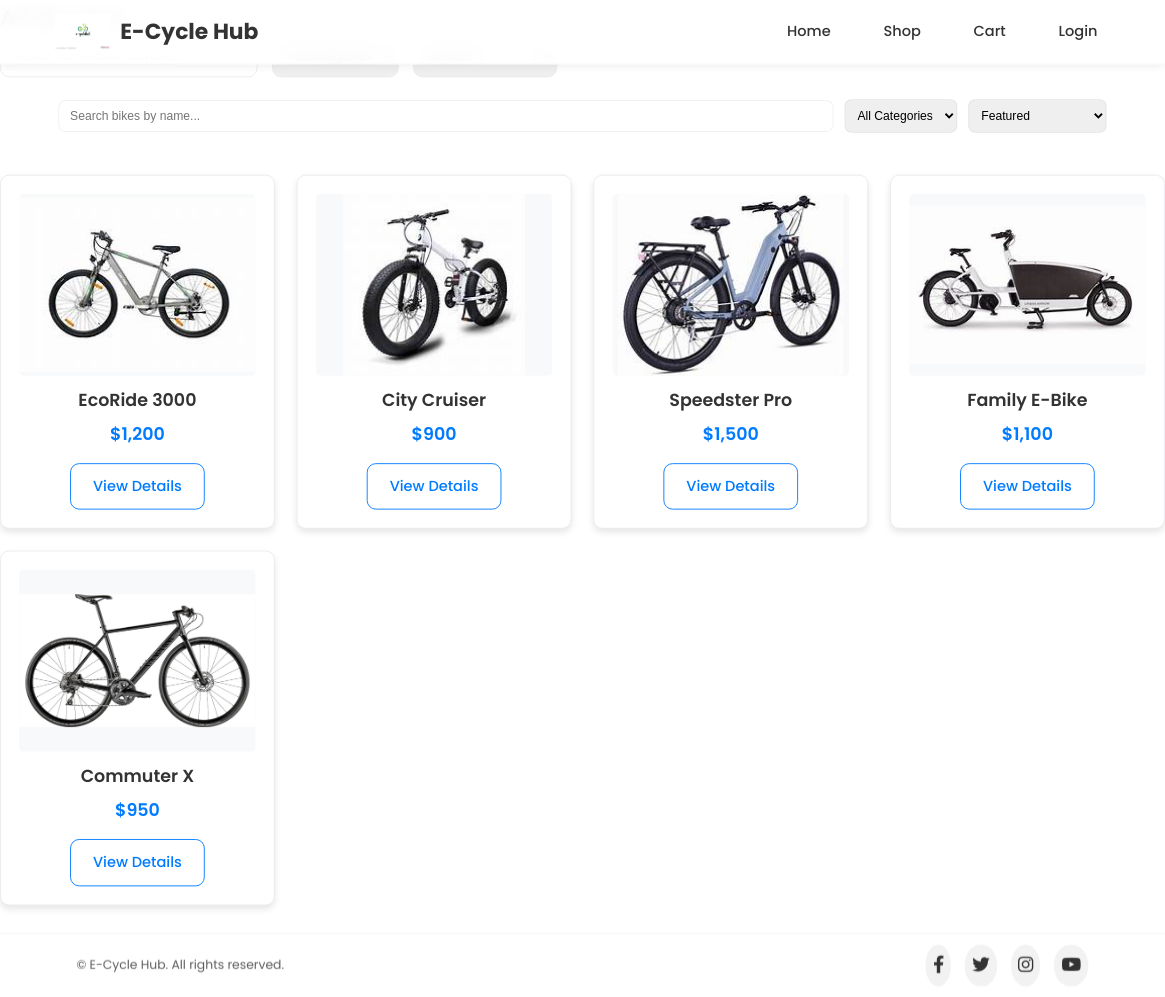
Repository: Rutuja-g/E-Cycle-Hub
Page: public/products.html
The author's editor kept a copy of each file at every save. The page is drawn from the files as they stood at one save, then again after the next save.
The browser window is 1280 px wide. The pictures show the whole page, at 91% of full size.

Above is the page before, as saved 2025-10-24 16:20:59.
Console error: SyntaxError: Unexpected token 'export'

### public/products.html
<!DOCTYPE html>
<html lang="en">
  <head>
    <meta charset="UTF-8" />
    <meta name="viewport" content="width=device-width, initial-scale=1.0" />
    <title>Products - E-Cycle Hub</title>
    <link rel="preconnect" href="https://fonts.googleapis.com" />
    <link rel="preconnect" href="https://fonts.gstatic.com" crossorigin />
    <link
      href="https://fonts.googleapis.com/css2?family=Poppins:wght@300;400;500;600;700&display=swap"
      rel="stylesheet"
    />
    <link rel="icon" href="favicon.ico" type="image/x-icon" />
    <link rel="stylesheet" href="css/reset.css" />
    <link rel="stylesheet" href="css/variables.css" />
    <link rel="stylesheet" href="css/main.css" />
    <link
      rel="stylesheet"
      href="https://cdnjs.cloudflare.com/ajax/libs/font-awesome/6.0.0/css/all.min.css"
    />
  </head>
  <body>
    <header>
      <div id="header"></div>
    </header>

    <main>
      <section class="shop-products">
        <h2>All Bicycles</h2>
        <div class="product-search">
          <input
            type="text"
            id="searchInput"
            placeholder="Search for electric bicycles..."
          />
          <select id="categorySelect">
            <option value="all">All Categories</option>
          </select>
          <select id="sortSelect">
            <option value="">Default</option>
            <option value="price-asc">Price Low to High</option>
            <option value="price-desc">Price High to Low</option>
            <option value="popularity">Popularity</option>
          </select>
        </div>
        <div class="product-list" id="product-list">
          <!-- Product cards will be dynamically inserted here -->
        </div>
      </section>
    </main>

    <footer>
      <div id="footer"></div>
    </footer>

    <script src="js/components.js"></script>
    <script src="js/main.js"></script>
    <script src="js/api.js"></script>
    <script src="js/store.js"></script>
    <script src="js/cart.js"></script>
  </body>
</html>

### public/css/reset.css
html
/* CSS Reset */
* {
    margin: 0;
    padding: 0;
    box-sizing: border-box;
}

html, body {
    height: 100%;
    font-family: Arial, sans-serif;
}

img {
    max-width: 100%;
    height: auto;
}

a {
    text-decoration: none;
    color: inherit;
}

ul {
    list-style: none;
}

button {
    cursor: pointer;
}

### public/css/variables.css
:root {
  --primary-color: #007bff; /* Electric Blue */
  --secondary-color: #0056b3; /* Darker Blue for hover */
  --background-color: #ffffff; /* White */
  --text-color: #333333; /* Dark Gray */
  --muted: #6c757d; /* Muted text */
  --font-family: "Poppins", sans-serif; /* Modern Font */
  --font-size-base: 16px; /* Base Font Size */
  --font-size-large: 1.25rem; /* Large Font Size */
  --font-size-small: 0.875rem; /* Small Font Size */
  --border-radius: 10px; /* Rounded Corners */
  --box-shadow: 0 4px 8px rgba(0, 0, 0, 0.1); /* Subtle Box Shadow */
  --box-shadow-hover: 0 6px 12px rgba(0, 0, 0, 0.15); /* Hover Shadow */
  --transition: all 0.3s ease; /* Smooth Transitions */
}

### public/css/main.css
/* Main styles for E-Cycle Hub */

/* Reset some default styles */
body {
  margin: 0;
  font-family: var(--font-family);
  line-height: 1.6;
  color: var(--text-color);
  background-color: var(--background-color);
}

h1,
h2,
h3,
h4,
h5,
h6 {
  margin: 0;
  color: var(--text-color);
  font-weight: 600;
}

a {
  text-decoration: none;
  color: var(--primary-color);
  transition: var(--transition);
}

a:hover {
  color: var(--secondary-color);
}

/* Layout styles */
.container {
  width: 90%;
  max-width: 1200px;
  margin: auto;
}

/* Navbar styles */
.navbar {
  background: rgba(255, 255, 255, 0.95);
  backdrop-filter: blur(10px);
  border-bottom: 1px solid rgba(0, 0, 0, 0.05);
  box-shadow: 0 2px 10px rgba(0, 0, 0, 0.08);
  position: fixed;
  top: 0;
  left: 0;
  right: 0;
  z-index: 1000;
}

.nav-container {
  max-width: 1200px;
  margin: 0 auto;
  padding: 0 20px;
  display: flex;
  justify-content: space-between;
  align-items: center;
  height: 70px;
}

.logo a {
  font-size: 1.5em;
  font-weight: bold;
  display: flex;
  align-items: center;
  gap: 10px;
  color: var(--text-color);
  text-decoration: none;
}

.logo img {
  height: 40px;
  width: auto;
}

.nav-links {
  list-style: none;
  display: flex;
  gap: 30px;
  margin: 0;
  padding: 0;
}

.nav-links li {
  position: relative;
}

.nav-link {
  color: var(--text-color);
  text-decoration: none;
  padding: 10px 14px;
  border-radius: 20px;
  transition: all 0.3s ease;
  font-weight: 500;
  position: relative;
}

.nav-link:hover,
.nav-link.active {
  background: rgba(0, 123, 255, 0.1);
  color: var(--primary-color);
  transform: translateY(-1px);
  box-shadow: 0 4px 12px rgba(0, 123, 255, 0.15);
}

.nav-toggle {
  display: none;
  flex-direction: column;
  cursor: pointer;
  gap: 4px;
}

.nav-toggle span {
  width: 25px;
  height: 3px;
  background: var(--text-color);
  transition: 0.3s;
}

.main-content {
  padding: 80px 0 20px;
}

/* Hero section styles */
.hero {
  position: relative;
  display: flex;
  align-items: center;
  justify-content: center;
  min-height: 400px;
  overflow: hidden;
}

.hero-banner {
  position: absolute;
  top: 0;
  left: 0;
  width: 100%;
  height: 100%;
  object-fit: cover;
  z-index: -1;
}

.hero-content {
  text-align: center;
  color: white;
  background: rgba(0, 0, 0, 0.5);
  padding: 20px;
  border-radius: 8px;
}

.hero h1 {
  font-size: 2.5em;
  margin-bottom: 10px;
}

.hero p {
  font-size: 1.2em;
  margin-bottom: 20px;
}

.btn {
  display: inline-block;
  padding: 12px 24px;
  background: var(--primary-color);
  color: white;
  border-radius: var(--border-radius);
  transition: var(--transition);
  font-weight: 500;
  border: none;
  cursor: pointer;
}

.btn:hover {
  background: var(--secondary-color);
  transform: translateY(-2px);
  box-shadow: var(--box-shadow-hover);
}

.btn.ghost {
  background: transparent;
  color: var(--primary-color);
  border: 1px solid var(--primary-color);
}

.btn.ghost:hover {
  background: var(--primary-color);
  color: white;
}

/* Responsive styles */
@media (max-width: 768px) {
  .container {
    width: 95%;
  }

  .header,
  .footer {
    padding: 15px 0;
  }

  .hero {
    min-height: 300px;
  }

  .hero h1 {
    font-size: 2em;
  }

  .hero p {
    font-size: 1em;
  }

  .product-search {
    flex-direction: column;
  }

  .product-search input,
  .product-search select {
    width: 100%;
  }

  /* Footer responsive */
  .footer-content {
    flex-direction: column;
    gap: 10px;
    text-align: center;
  }

  .social-icons {
    justify-content: center;
  }

  .main-content {
    padding: 70px 0 20px;
  }
}

@media (max-width: 480px) {
  .hero {
    flex-direction: column;
    text-align: center;
  }

  .hero-content {
    padding: 15px;
  }

  .hero h1 {
    font-size: 1.8em;
  }

  .hero p {
    font-size: 0.9em;
  }

  /* Navbar responsive */
  .nav-toggle {
    display: flex;
  }

  .nav-links {
    position: absolute;
    top: 100%;
    left: 0;
    width: 100%;
    background: var(--background-color);
    flex-direction: column;
    padding: 20px 0;
    box-shadow: var(--box-shadow);
    display: none;
  }

  .nav-links.active {
    display: flex;
  }

  .nav-link {
    padding: 15px 20px;
    border-bottom: 1px solid rgba(0, 0, 0, 0.1);
  }

  .nav-link:hover,
  .nav-link.active {
    background: var(--primary-color);
    color: white;
    border-bottom: none;
  }

  /* Grid responsive */
  .grid--featured {
    grid-template-columns: repeat(auto-fit, minmax(200px, 1fr));
  }

  .product-list {
    grid-template-columns: repeat(auto-fit, minmax(200px, 1fr));
    gap: 1rem;
  }

  .main-content {
    padding: 60px 0 20px;
  }
}

/* Product card styles (updated for .card class used by main.js) */
.card {
  border: 1px solid #e9ecef;
  border-radius: var(--border-radius);
  padding: 20px;
  text-align: center;
  background: var(--background-color);
  box-shadow: var(--box-shadow);
  transition: var(--transition);
  display: flex;
  flex-direction: column;
  height: 100%;
}

.card:hover {
  transform: translateY(-5px);
  box-shadow: var(--box-shadow-hover);
}

.card img {
  max-width: 100%;
  height: 200px;
  object-fit: contain;
  border-radius: 5px;
  margin-bottom: 15px;
  background-color: #f8f9fa;
}

.card .card-body {
  flex: 1;
  display: flex;
  flex-direction: column;
  justify-content: space-between;
}

.card .card-title {
  margin: 0 0 10px 0;
  font-size: 1.2em;
  line-height: 1.3;
}

.card .price {
  color: var(--primary-color);
  font-weight: 600;
  font-size: 1.2em;
  margin-bottom: 15px;
}

.card .btn {
  margin-top: auto;
  align-self: center;
}

/* Product search styles */
.product-search {
  display: flex;
  gap: 16px;
  margin-bottom: 24px;
  flex-wrap: wrap;
}

.product-search input,
.product-search select {
  padding: 12px;
  border: 1px solid #e9ecef;
  border-radius: var(--border-radius);
  font-family: var(--font-family);
  transition: var(--transition);
}

.product-search input:focus,
.product-search select:focus {
  outline: none;
  border-color: var(--primary-color);
  box-shadow: 0 0 0 2px rgba(0, 123, 255, 0.25);
}

/* Featured products grid */
.grid--featured,
.grid--shop {
  display: grid;
  grid-template-columns: repeat(auto-fit, minmax(300px, 1fr));
  gap: 25px;
  padding: 30px 0;
}

/* Product list grid */
.product-list {
  display: grid;
  grid-template-columns: repeat(auto-fit, minmax(250px, 1fr));
  gap: 1.5rem;
  padding: 30px 0;
}

/* Cart styles */
.cart-item {
  display: flex;
  justify-content: space-between;
  padding: 16px 0;
  border-bottom: 1px solid #e9ecef;
}

.cart-item img {
  width: 50px;
  height: auto;
}

.cart-total {
  font-weight: bold;
  font-size: 1.2em;
}

/* Checkout styles */
.checkout-form {
  display: flex;
  flex-direction: column;
  gap: 16px;
}

.checkout-form input,
.checkout-form button {
  margin: 0;
  padding: 12px;
  border: 1px solid #e9ecef;
  border-radius: var(--border-radius);
  font-family: var(--font-family);
}

.checkout-form button {
  background: var(--primary-color);
  color: white;
  cursor: pointer;
  transition: var(--transition);
}

.checkout-form button:hover {
  background: var(--secondary-color);
}

/* Product details styles */
.product-details {
  max-width: 1200px;
  margin: 0 auto;
  padding: 20px;
  display: flex;
  flex-direction: column;
  gap: 20px;
}

.back-link {
  color: var(--primary-color, #4caf50);
  font-weight: bold;
  margin-bottom: 20px;
  display: inline-block;
}

.back-link:hover {
  color: var(--link-hover-color, #388e3c);
}

.product-image {
  flex: 1;
  max-width: 600px;
  margin: 0 auto;
}

.product-image img {
  width: 100%;
  height: auto;
  border-radius: 8px;
  box-shadow: 0 4px 10px rgba(0, 0, 0, 0.1);
}

.product-info {
  flex: 1;
  padding: 24px;
  background: var(--background-color);
  border-radius: var(--border-radius);
  box-shadow: var(--box-shadow);
}

.product-info h1 {
  font-size: 2em;
  margin-bottom: 10px;
}

.product-price {
  font-size: 1.5em;
  color: var(--primary-color);
  font-weight: 600;
  margin-bottom: 24px;
}

.product-info p {
  line-height: 1.6;
  margin-bottom: 20px;
}

.product-info .btn {
  margin-top: 20px;
}

/* Responsive for product details */
@media (max-width: 768px) {
  .product-details {
    flex-direction: column;
  }

  .product-image,
  .product-info {
    flex: none;
    width: 100%;
  }

  .product-info {
    padding: 15px;
  }

  .product-info h1 {
    font-size: 1.8em;
  }

  .product-price {
    font-size: 1.3em;
  }
}

/* Footer styles */
.footer {
  background: rgba(255, 255, 255, 0.95);
  backdrop-filter: blur(10px);
  border-top: 1px solid rgba(0, 0, 0, 0.05);
  color: var(--text-color);
  padding: 12px 0;
  margin-top: auto;
}

.footer-content {
  display: flex;
  justify-content: space-between;
  align-items: center;
  max-width: 1200px;
  margin: 0 auto;
  padding: 0 20px;
}

.footer-content p {
  margin: 0;
  color: var(--text-color);
  font-size: 0.85em;
  opacity: 0.8;
}

.social-icons {
  display: flex;
  gap: 15px;
}

.social-icons a {
  color: var(--text-color);
  font-size: 1.2em;
  transition: all 0.3s ease;
  padding: 8px;
  border-radius: 50%;
  background: rgba(0, 0, 0, 0.05);
}

.social-icons a:hover {
  color: var(--primary-color);
  background: rgba(0, 123, 255, 0.1);
  transform: translateY(-1px);
  box-shadow: 0 2px 8px rgba(0, 123, 255, 0.2);
}

/* Add error styles */
.error {
  color: red;
  font-size: 0.9em;
  margin-top: 5px;
  display: none;
}

/* Success popup styles */
.success-popup {
  position: fixed;
  top: 0;
  left: 0;
  width: 100%;
  height: 100%;
  background-color: rgba(0, 0, 0, 0.5);
  display: flex;
  justify-content: center;
  align-items: center;
  z-index: 1000;
}

.popup-content {
  background-color: var(--background-color);
  padding: 24px;
  border-radius: var(--border-radius);
  text-align: center;
  box-shadow: var(--box-shadow);
}

.popup-content h3 {
  margin-bottom: 10px;
  color: var(--primary-color);
}

.popup-content button {
  background-color: var(--primary-color);
  color: white;
  border: none;
  padding: 12px 24px;
  border-radius: var(--border-radius);
  cursor: pointer;
  margin-top: 16px;
  transition: var(--transition);
}

.popup-content button:hover {
  background-color: var(--secondary-color);
}

### public/js/components.js
// components.js - Dynamic loading of header and footer components

(function () {
  // Load component into element
  async function loadComponent(componentPath, targetElement) {
    try {
      const response = await fetch(componentPath);
      if (!response.ok) {
        throw new Error(`Failed to load ${componentPath}: ${response.status}`);
      }
      const html = await response.text();
      targetElement.innerHTML = html;
    } catch (error) {
      console.error(`Error loading component ${componentPath}:`, error);
      targetElement.innerHTML = "<p>Error loading component</p>";
    }
  }

  // Load header and footer on page load
  document.addEventListener("DOMContentLoaded", function () {
    const headerElement = document.getElementById("header");
    const footerElement = document.getElementById("footer");

    if (headerElement) {
      loadComponent("components/header.html", headerElement);
    }

    if (footerElement) {
      loadComponent("components/footer.html", footerElement);
    }
  });
})();

### public/js/api.js
// This file contains functions for fetching and managing product data, including CRUD operations.

const apiUrl = 'https://api.example.com/products'; // Replace with your actual API endpoint

// Fetch all products
async function fetchProducts() {
    try {
        const response = await fetch(apiUrl);
        if (!response.ok) {
            throw new Error('Network response was not ok');
        }
        const products = await response.json();
        return products;
    } catch (error) {
        console.error('Error fetching products:', error);
    }
}

// Fetch a single product by ID
async function fetchProductById(productId) {
    try {
        const response = await fetch(`${apiUrl}/${productId}`);
        if (!response.ok) {
            throw new Error('Network response was not ok');
        }
        const product = await response.json();
        return product;
    } catch (error) {
        console.error('Error fetching product:', error);
    }
}

// Create a new product (for admin use)
async function createProduct(productData) {
    try {
        const response = await fetch(apiUrl, {
            method: 'POST',
            headers: {
                'Content-Type': 'application/json',
            },
            body: JSON.stringify(productData),
        });
        if (!response.ok) {
            throw new Error('Network response was not ok');
        }
        const newProduct = await response.json();
        return newProduct;
    } catch (error) {
        console.error('Error creating product:', error);
    }
}

// Update an existing product (for admin use)
async function updateProduct(productId, productData) {
    try {
        const response = await fetch(`${apiUrl}/${productId}`, {
            method: 'PUT',
            headers: {
                'Content-Type': 'application/json',
            },
            body: JSON.stringify(productData),
        });
        if (!response.ok) {
            throw new Error('Network response was not ok');
        }
        const updatedProduct = await response.json();
        return updatedProduct;
    } catch (error) {
        console.error('Error updating product:', error);
    }
}

// Delete a product (for admin use)
async function deleteProduct(productId) {
    try {
        const response = await fetch(`${apiUrl}/${productId}`, {
            method: 'DELETE',
        });
        if (!response.ok) {
            throw new Error('Network response was not ok');
        }
        return true; // Successfully deleted
    } catch (error) {
        console.error('Error deleting product:', error);
    }
}

### public/js/store.js
// This file manages localStorage interactions for saving and retrieving product data.

const store = {
    saveProducts: function(products) {
        localStorage.setItem('products', JSON.stringify(products));
    },
    getProducts: function() {
        const products = localStorage.getItem('products');
        return products ? JSON.parse(products) : [];
    },
    saveCart: function(cart) {
        localStorage.setItem('cart', JSON.stringify(cart));
    },
    getCart: function() {
        const cart = localStorage.getItem('cart');
        return cart ? JSON.parse(cart) : [];
    },
    clearCart: function() {
        localStorage.removeItem('cart');
    }
};

export default store;

### public/components/header.html
<nav class="navbar">
  <div class="nav-container">
    <div class="logo">
      <a href="index.html">
        <img src="assets/images/logo.jpg" alt="E-Cycle Hub Logo" />
        <span>E-Cycle Hub</span>
      </a>
    </div>
    <div class="nav-toggle" id="navToggle">
      <span></span>
      <span></span>
      <span></span>
    </div>
    <ul class="nav-links" id="navLinks">
      <li><a href="index.html" class="nav-link">Home</a></li>
      <li><a href="shop.html" class="nav-link">Shop</a></li>
      <li><a href="cart.html" class="nav-link">Cart</a></li>
      <li><a href="login.html" class="nav-link">Login</a></li>
    </ul>
  </div>
</nav>

### public/components/footer.html
<footer class="footer">
  <div class="container">
    <div class="footer-content">
      <p>&copy; <span id="year"></span> E-Cycle Hub. All rights reserved.</p>
      <div class="social-icons">
        <a href="#" aria-label="Facebook"><i class="fab fa-facebook-f"></i></a>
        <a href="#" aria-label="Twitter"><i class="fab fa-twitter"></i></a>
        <a href="#" aria-label="Instagram"><i class="fab fa-instagram"></i></a>
        <a href="#" aria-label="YouTube"><i class="fab fa-youtube"></i></a>
      </div>
    </div>
  </div>
</footer>

Loaded but not shown: public/assets/data/products.json (47 lines, source omitted); public/js/main.js (353 lines, source omitted); public/js/cart.js (205 lines, source omitted)

After the next save:
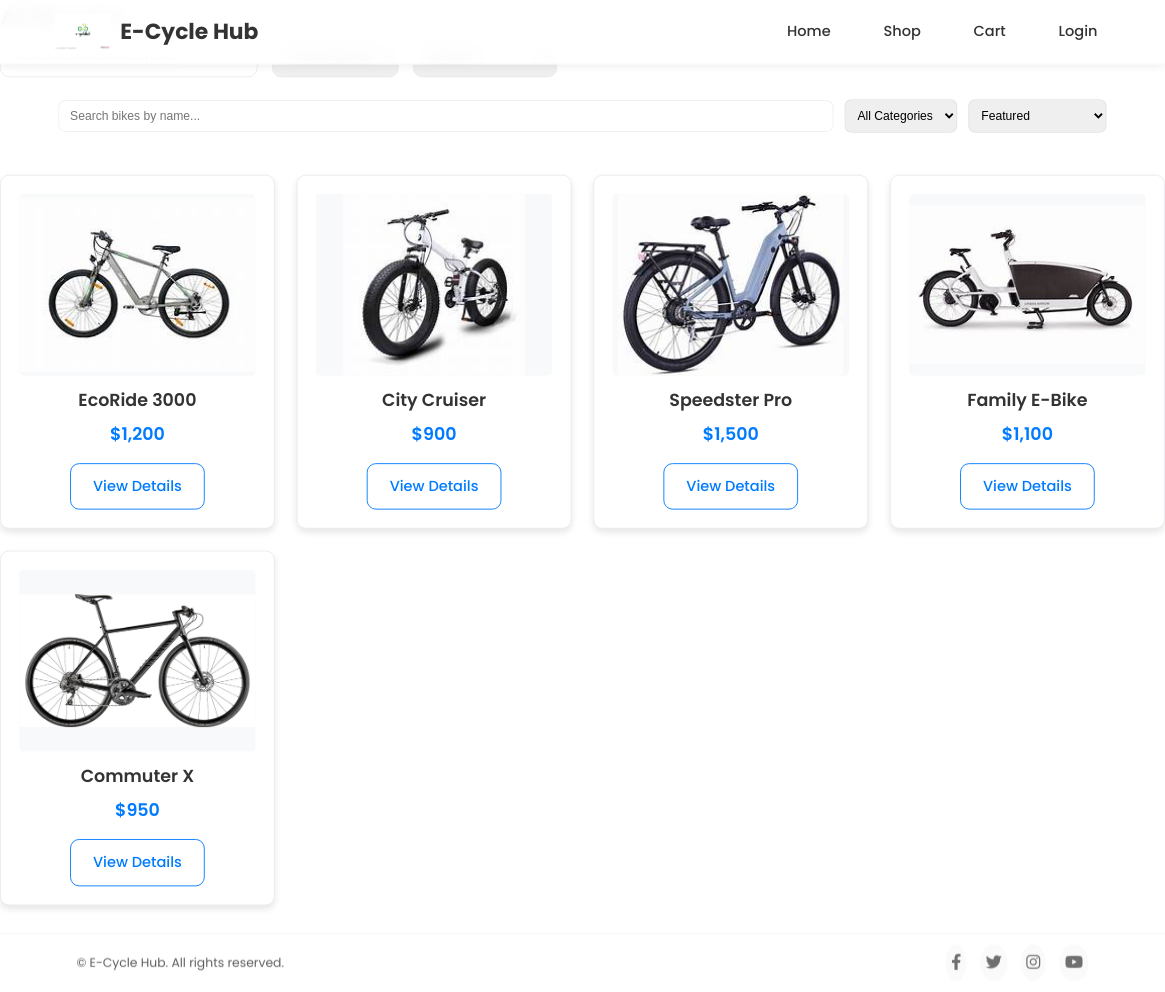
Saved 9 s later.
--- a/public/css/main.css
+++ b/public/css/main.css
@@ -564,18 +564,20 @@ a:hover {
 
 .social-icons a {
   color: var(--text-color);
-  font-size: 1.2em;
+  font-size: 1.1em;
   transition: all 0.3s ease;
-  padding: 8px;
+  padding: 6px;
   border-radius: 50%;
-  background: rgba(0, 0, 0, 0.05);
+  background: rgba(0, 0, 0, 0.03);
+  opacity: 0.7;
 }
 
 .social-icons a:hover {
   color: var(--primary-color);
-  background: rgba(0, 123, 255, 0.1);
+  background: rgba(0, 123, 255, 0.08);
   transform: translateY(-1px);
-  box-shadow: 0 2px 8px rgba(0, 123, 255, 0.2);
+  box-shadow: 0 3px 10px rgba(0, 123, 255, 0.15);
+  opacity: 1;
 }
 
 /* Add error styles */
